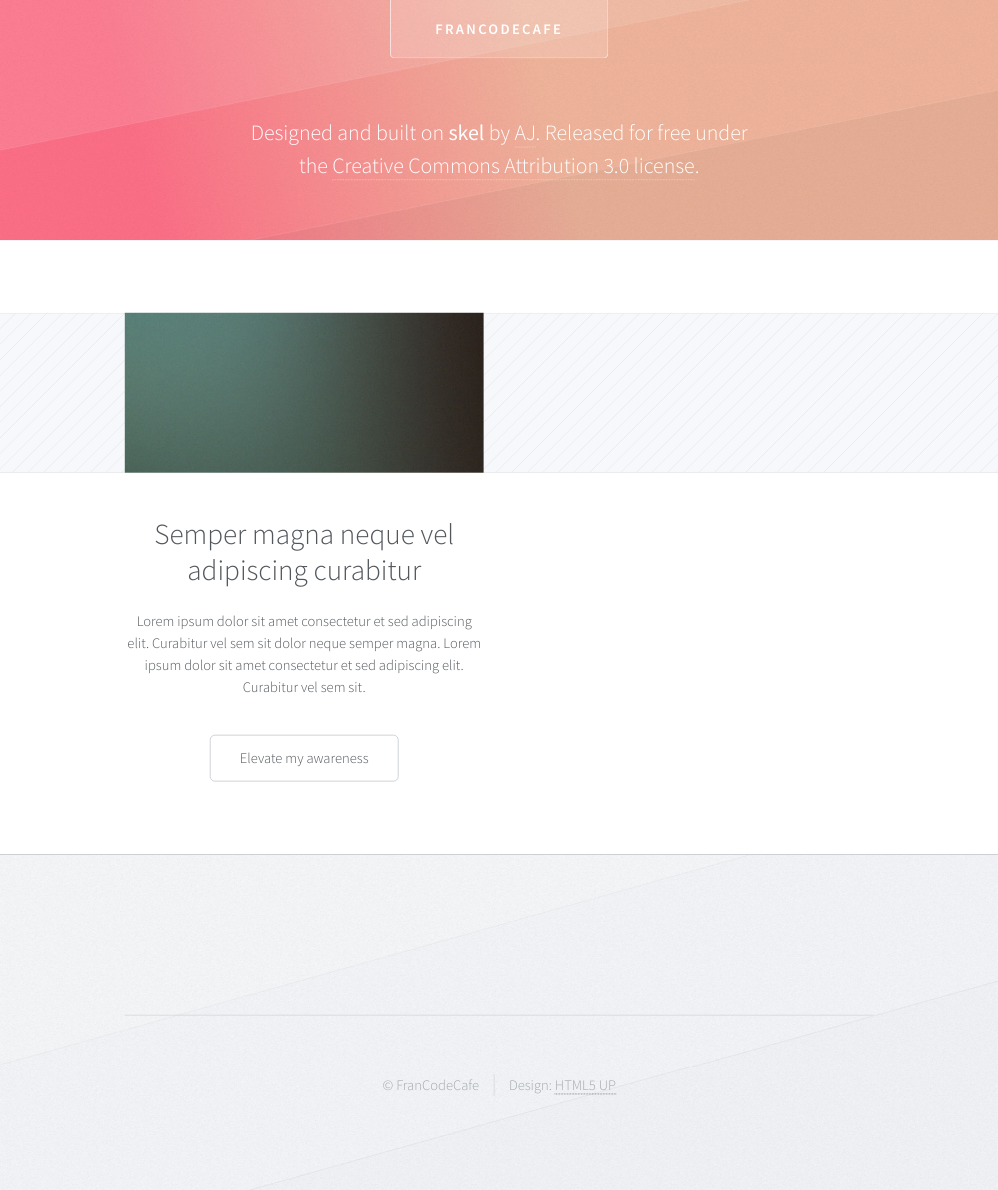
Repository: FranCodeCafe/francodecafe.github.io
Page: index.html
These files come from the project's save history. The page is drawn as it stood at one moment and after the next save; the edit follows.
The browser window is 1280 px wide. The pictures show the whole page, at 78% of full size.

Above is the page before, as saved 2020-01-22 14:12:00.

After the next save:
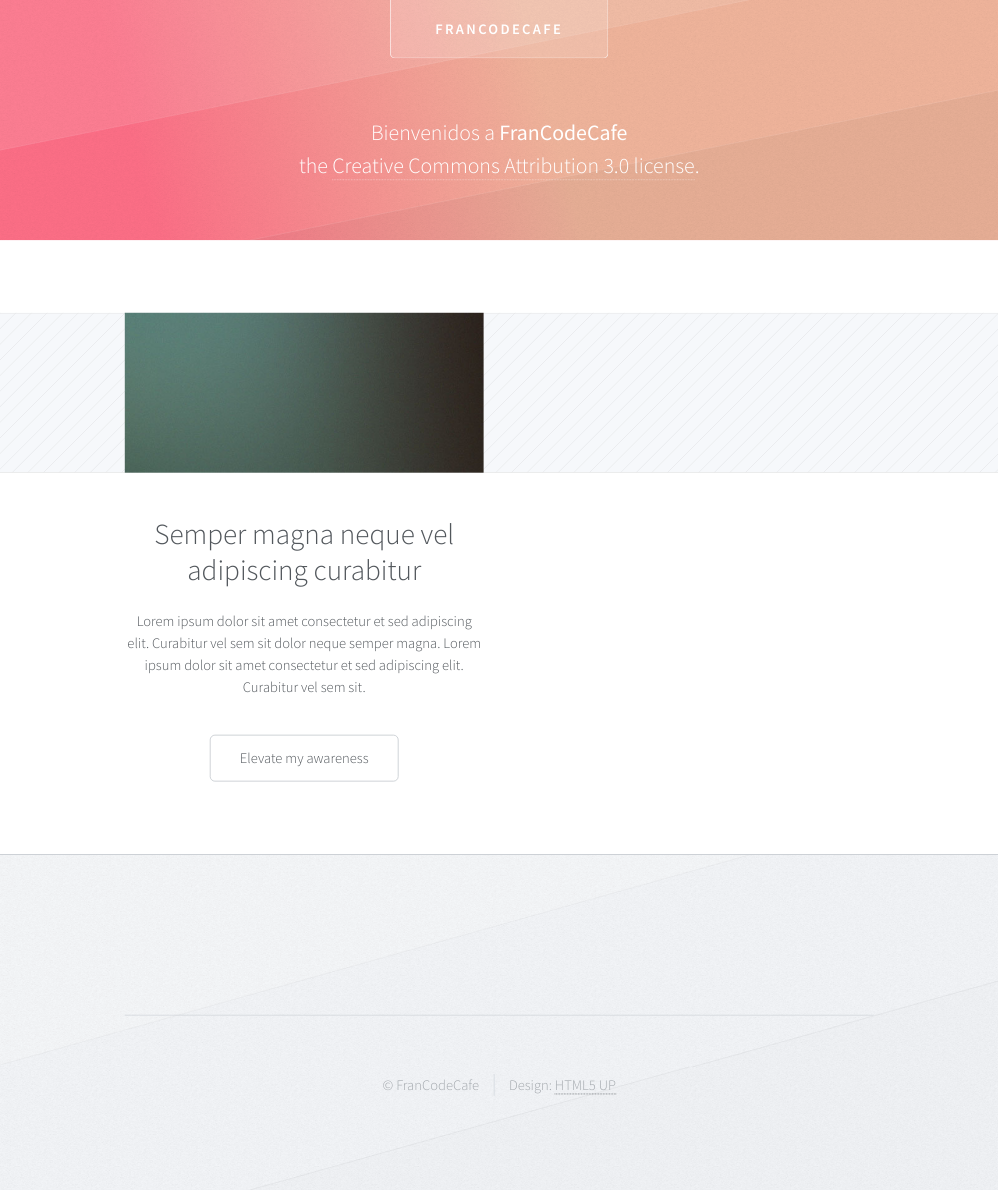
Saved 58 s later.
--- a/index.html
+++ b/index.html
@@ -67,7 +67,7 @@
 							<br />
 							site template by <a href="http://html5up.net">HTML5 UP</a></h2>
 						</header> -->
-						<p>Designed and built on <strong>skel</strong> by <a href="http://n33.co">AJ</a>. Released for free under
+						<p>Bienvenidos a <strong>FranCodeCafe</strong>
 						<br />
 						the <a href="http://html5up.net/license">Creative Commons Attribution 3.0 license</a>.</p>
 						<!-- <ul class="actions">
